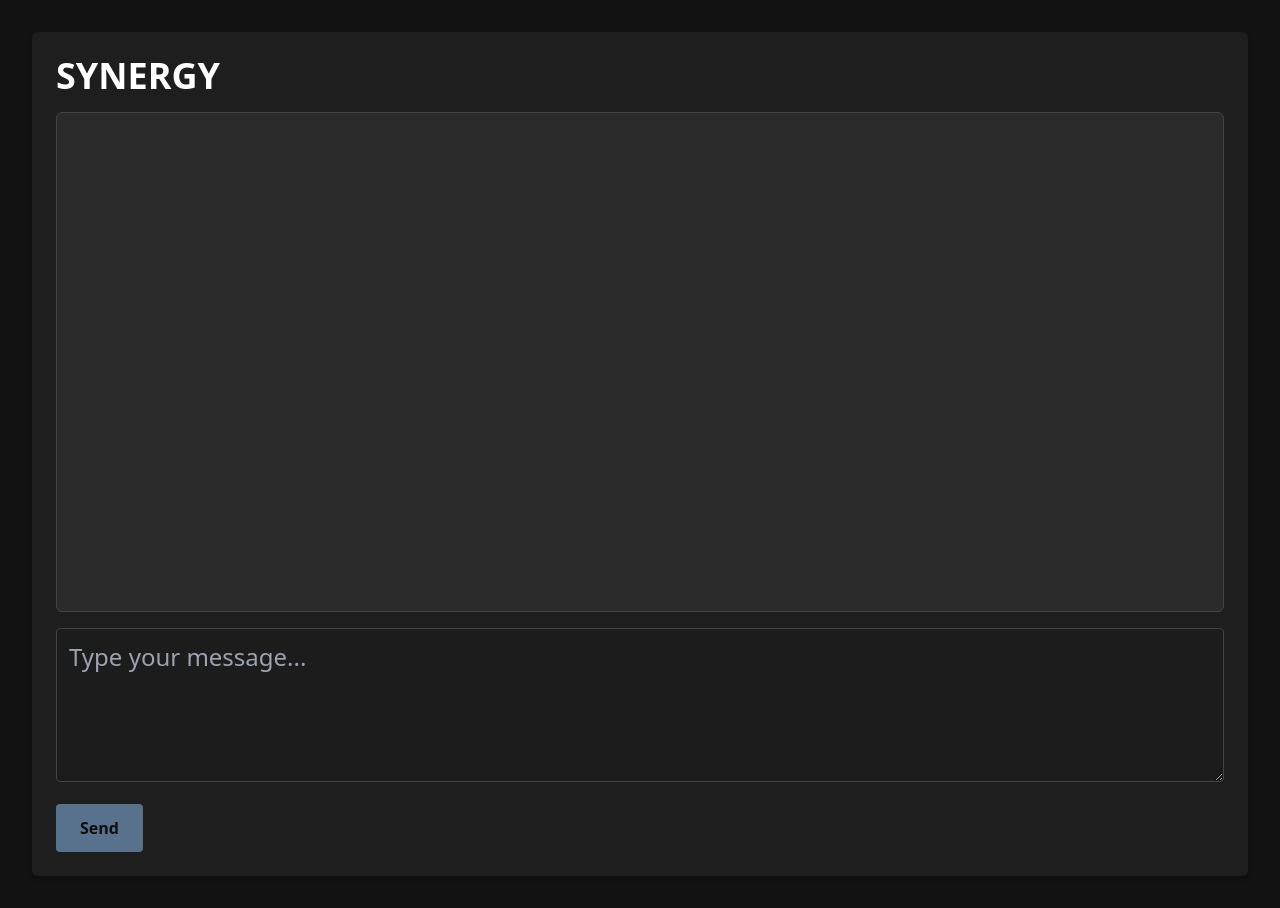
Repository: Theanh0410/Pre-thesis
Page: / (app in LLM/client/)
The author's editor kept a copy of each file at every save. The page is drawn from the files as they stood at one save, then again after the next save.
The browser window is 1280 px wide. The pictures show the whole page.
The project was rebuilt for these pictures with package versions that can differ from the ones it lists, and the page was loaded fresh each time. The framework's server and built-in components were replaced by stand-ins that run in the browser. Also part of the build but not shown: LLM/client/next.config.js, LLM/client/next.config.mjs.

Above is the page before, as saved 2025-04-16 18:05:43.

### LLM/client/pages/_app.js
import "../styles/global.css"
export default function App({ Component, pageProps }) {
  return <Component {...pageProps} />;
}

### LLM/client/pages/index.js
import { useState } from 'react';

export default function ChatApp() {
  const [prompt, setPrompt] = useState('');
  const [messages, setMessages] = useState([]);
  const [loading, setLoading] = useState(false);
  const [sidebarCollapsed, setSidebarCollapsed] = useState(false);

  const sendPrompt = async () => {
    if (!prompt.trim()) return;

    const userMsg = { role: 'user', text: prompt };
    setMessages(prev => [...prev, userMsg]);
    setPrompt('');
    setLoading(true);

    try {
      const res = await fetch('/api/chat', {
        method: 'POST',
        headers: { 'Content-Type': 'application/json' },
        body: JSON.stringify({ prompt: userMsg.text }),
      });

      if (!res.ok || !res.body) {
        throw new Error(`HTTP error: ${res.status}`);
      }

      let botMsg = { role: 'bot', text: '' };
      setMessages(prev => [...prev, botMsg]);

      const reader = res.body.getReader();
      const decoder = new TextDecoder();

      while (true) {
        const { done, value } = await reader.read();
        if (done) break;

        const chunk = decoder.decode(value);
        botMsg = { ...botMsg, text: botMsg.text + chunk };
        setMessages(prev => [...prev.slice(0, -1), botMsg]);
      }
    } catch (err) {
      console.error(err);
      setMessages(prev => [
        ...prev.slice(0, -1),
        { role: 'bot', text: `Error: ${err.message}` },
      ]);
    } finally {
      setLoading(false);
    }
  };

  return (
    <main className="min-h-screen p-8 bg-[#121212] text-[#e0e0e0] font-sans">
      <div className="max-w-[1500px] mx-auto bg-[#1e1e1e] p-6 rounded-md shadow-md">
        <h1 className="text-4xl text-white mb-4 font-semibold">SYNERGY</h1>

        <div className="h-[500px] overflow-y-auto bg-[#2b2b2b] border border-[#444] rounded-md p-4 mb-4">
          {messages.map((msg, idx) => (
            <div
              key={idx}
              className={`mb-3 whitespace-pre-wrap break-words ${
                msg.role === 'user' ? 'text-blue-300' : 'text-green-300'
              }`}
            >
              <strong>{msg.role === 'user' ? 'You' : 'SYNERGY'}:</strong> {msg.text}
            </div>
          ))}
          {loading && (
            <div className="italic text-gray-400">SYNERGY is typing...</div>
          )}
        </div>

        <textarea
          className="w-full p-3 text-2xl border border-[#444] rounded resize-y bg-[#1c1c1c] text-white mb-4"
          rows={4}
          value={prompt}
          onChange={(e) => setPrompt(e.target.value)}
          placeholder="Type your message..."
          onKeyDown={(e) => {
            if (e.key === 'Enter' && !e.shiftKey) {
              e.preventDefault();
              sendPrompt();
            }
          }}
        />

        <button
          className="px-6 py-3 bg-blue-300 text-black font-bold rounded disabled:opacity-50 hover:bg-blue-400 transition"
          onClick={sendPrompt}
          disabled={loading || !prompt.trim()}
        >
          {loading ? 'Thinking...' : 'Send'}
        </button>
      </div>
    </main>

  );
}

Loaded but not shown: LLM/client/pages/_document.js (common file); LLM/client/styles/global.css (common file); LLM/client/tailwind.config.js (common file)

After the next save:
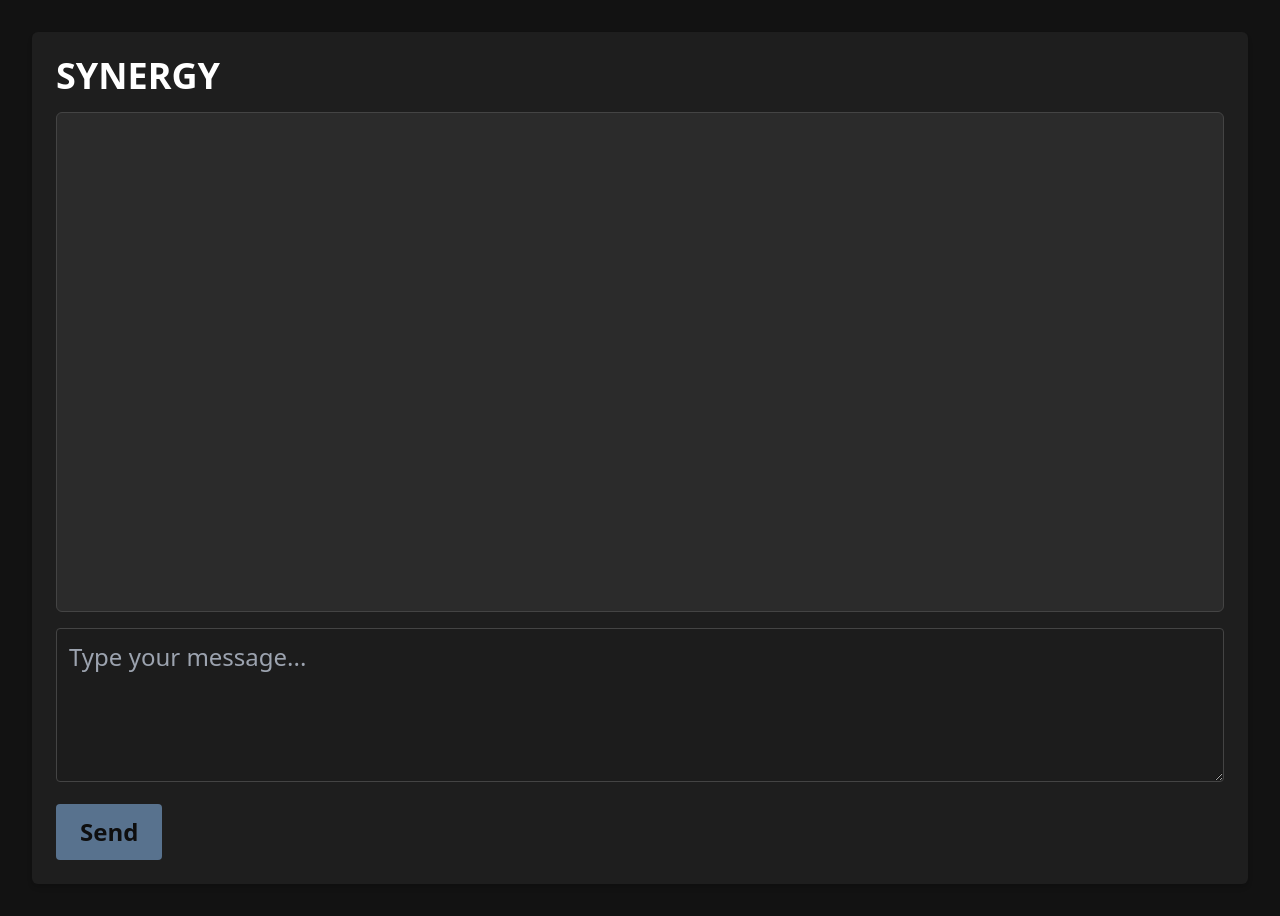
Saved 15 s later.
--- a/LLM/client/pages/index.js
+++ b/LLM/client/pages/index.js
@@ -86,7 +86,7 @@
         />
 
         <button
-          className="px-6 py-3 bg-blue-300 text-black font-bold rounded disabled:opacity-50 hover:bg-blue-400 transition"
+          className="px-6 py-3 text-2xl bg-blue-300 text-black font-bold rounded disabled:opacity-50 hover:bg-blue-400 transition"
           onClick={sendPrompt}
           disabled={loading || !prompt.trim()}
         >

After the 2 saves that followed:
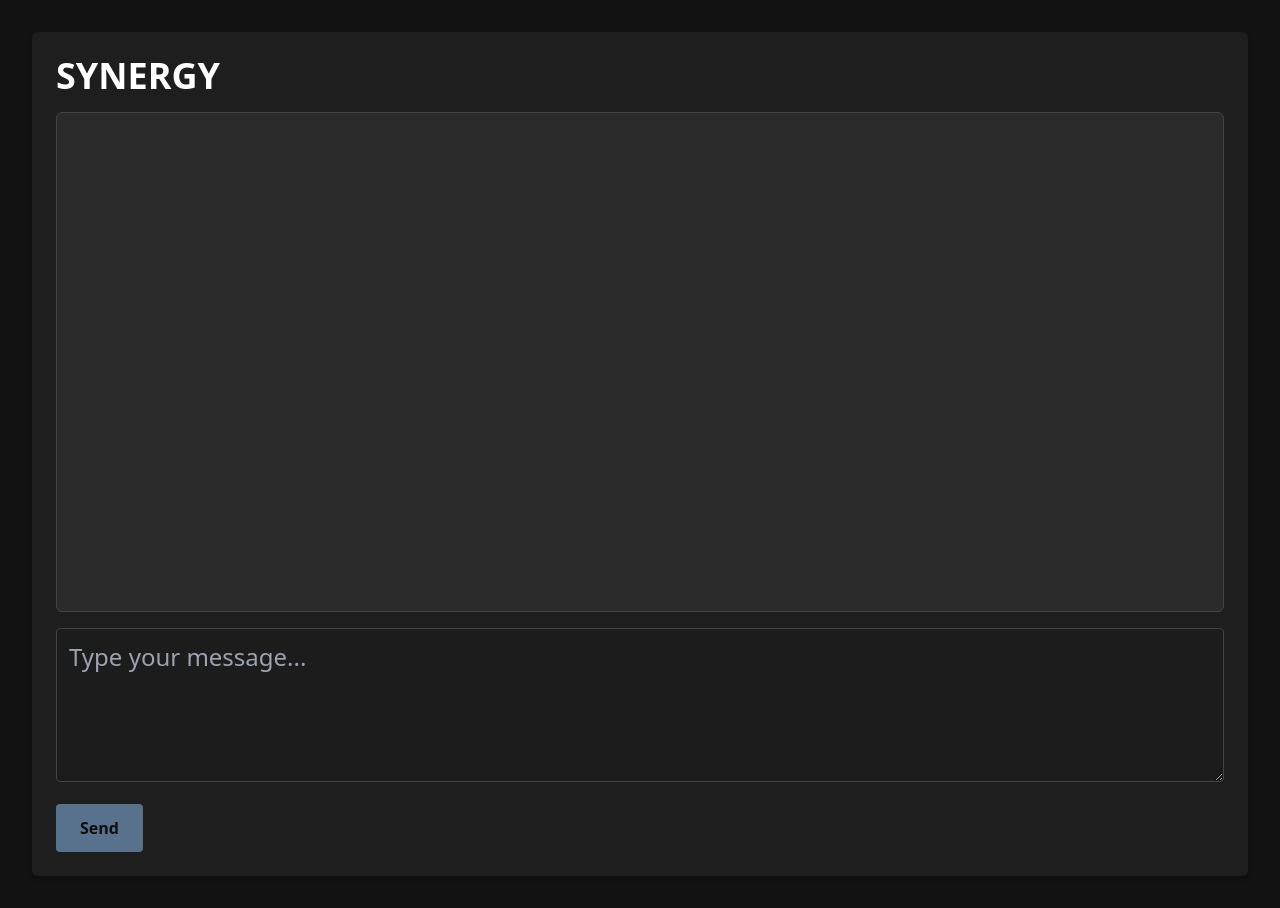
The 2 saves are shown as one change because 1 left the picture as it was.
The last was saved 5 min 11 s later.
--- a/LLM/client/pages/index.js
+++ b/LLM/client/pages/index.js
@@ -59,7 +59,7 @@
           {messages.map((msg, idx) => (
             <div
               key={idx}
-              className={`mb-3 whitespace-pre-wrap break-words ${
+              className={`mb-3 whitespace-pre-wrap break-words text-1xl ${
                 msg.role === 'user' ? 'text-blue-300' : 'text-green-300'
               }`}
             >
@@ -86,7 +86,7 @@
         />
 
         <button
-          className="px-6 py-3 text-2xl bg-blue-300 text-black font-bold rounded disabled:opacity-50 hover:bg-blue-400 transition"
+          className="px-6 py-3 bg-blue-300 text-black font-bold rounded disabled:opacity-50 hover:bg-blue-400 transition"
           onClick={sendPrompt}
           disabled={loading || !prompt.trim()}
         >
